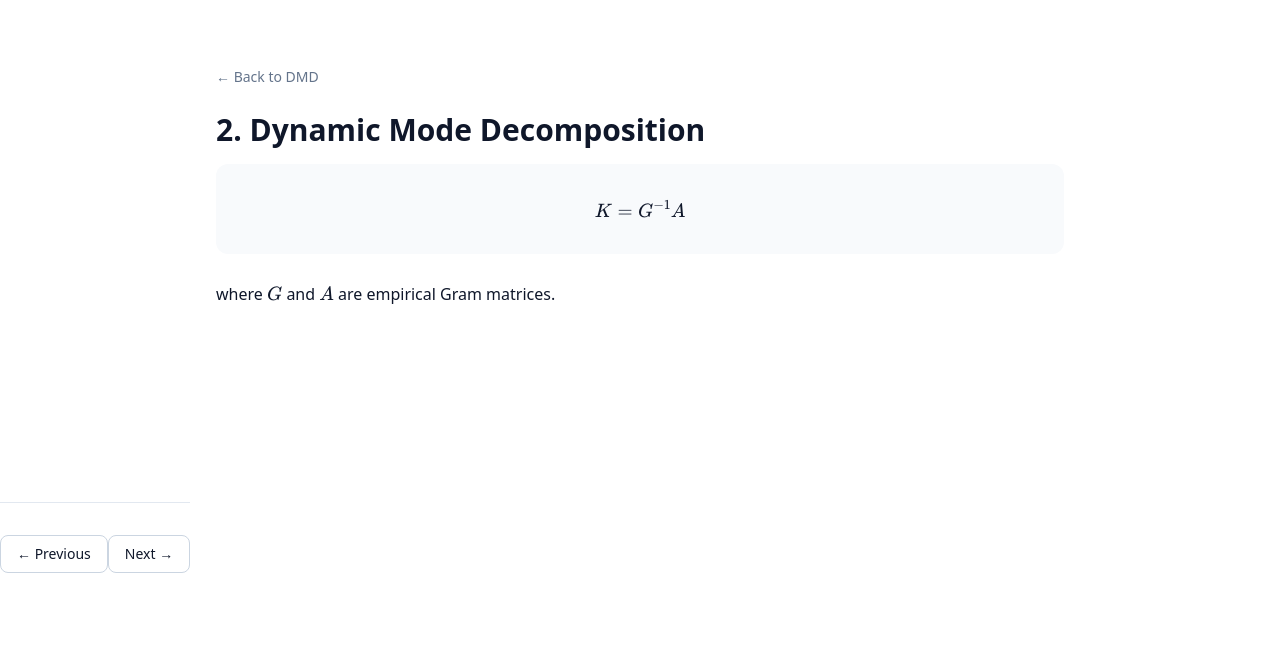
Repository: JWS625/JWS625.github.io
Page: notes/modal_analysis/02_dynamics_mode_decomposition.html
The author's editor kept a copy of each file at every save. The page is drawn from the files as they stood at one save, then again after the next save.
The browser window is 1280 px wide. The pictures show the whole page.
Some web libraries are served in a nearby version.

Above is the page before, as saved 2026-02-20 18:35:48.

### notes/modal_analysis/02_dynamics_mode_decomposition.html
<!doctype html>
<html>
<head>
<meta charset="utf-8">
<title>Dynamic Mode Decomposition | Research Notes</title>
<script src="https://cdn.tailwindcss.com"></script>

<script>
window.MathJax = {
  tex: { inlineMath: [['$', '$'], ['\\(', '\\)']] }
};
</script>
<script src="https://cdn.jsdelivr.net/npm/mathjax@3/es5/tex-mml-chtml.js"></script>
</head>


<body class="bg-white text-slate-900">
<div class="max-w-4xl mx-auto px-6 py-16">

<a href="index.html" class="text-sm text-slate-500 hover:text-black">
← Back to DMD
</a>

<h1 class="text-3xl font-semibold mt-6">
2. Dynamic Mode Decomposition
</h1>

<div class="bg-slate-50 p-4 rounded-xl mt-4">
$$
K = G^{-1} A
$$
</div>

<p class="mt-6 leading-8">
where $G$ and $A$ are empirical Gram matrices.
</p>

</div>
<div class="mt-16 flex justify-between items-center text-sm">

  <div class="mt-16 pt-8 border-t border-slate-200">
  <div class="flex justify-between items-center max-w-2xl mx-auto text-sm">
    <a href="01_background.html"
       class="px-4 py-2 rounded-lg border border-slate-300 hover:bg-slate-50">
       ← Previous
    </a>

    <a href="03_Koopman_theory.html"
       class="px-4 py-2 rounded-lg border border-slate-300 hover:bg-slate-50">
       Next →
    </a>
  </div>
</div>
</div>
</body>
</html>

After the next save:
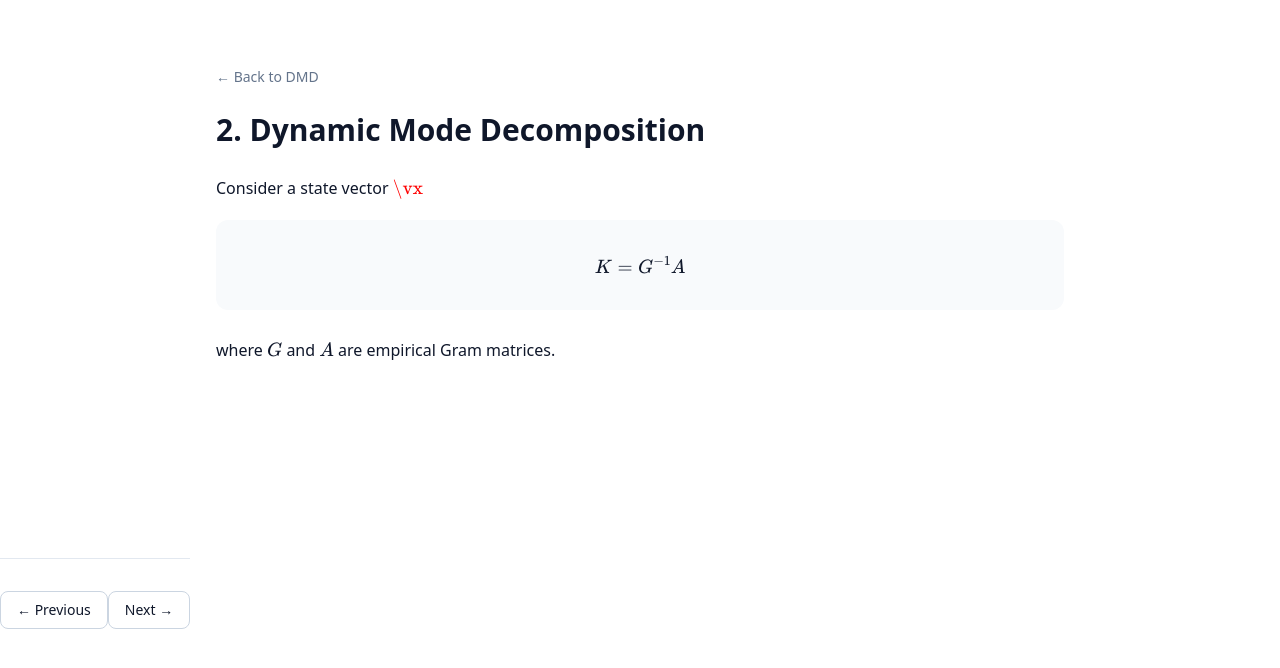
Saved 33 min 56 s later.
--- a/notes/modal_analysis/02_dynamics_mode_decomposition.html
+++ b/notes/modal_analysis/02_dynamics_mode_decomposition.html
@@ -24,6 +24,10 @@ window.MathJax = {
 <h1 class="text-3xl font-semibold mt-6">
 2. Dynamic Mode Decomposition
 </h1>
+
+<p class="mt-6 leading-8">
+   Consider a state vector $\vx$
+</p>
 
 <div class="bg-slate-50 p-4 rounded-xl mt-4">
 $$
